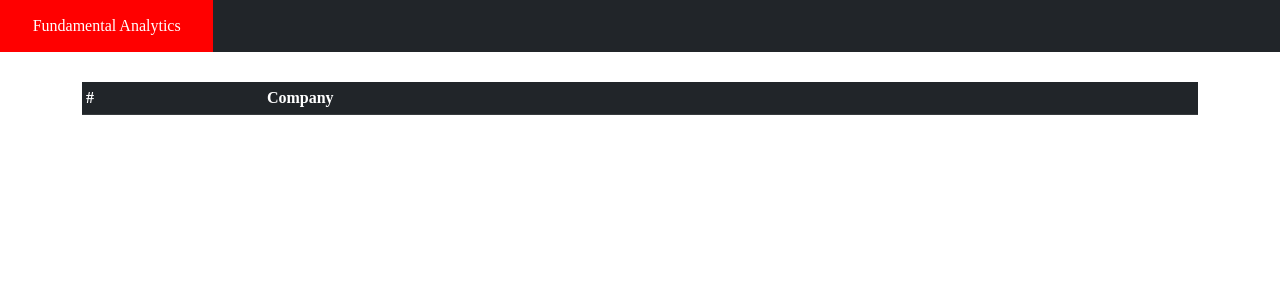
Repository: brendan12372/theSite
Page: http://localhost/
An editor plug-in stored every save of this project. The page is shown before and after the next save, followed by the edit.
The browser window is 1280 px wide. The pictures show the whole page.
The page is served by the project's application, run on Django 4.2 (manage.py). Other server files are loaded and not shown. Queries for data that is not in the repository find no rows.

Above is the page before, as saved 2022-03-16 18:55:52.

### stocks/templates/test3.html
<!DOCTYPE html>
{% load static %}
{% load humanize %}


<html lang="en">

<head>

    <!-- Required meta tags -->
    <meta charset="utf-8">
    <meta name="viewport" content="width=device-width, initial-scale=1, shrink-to-fit=no">

    <!-- Bootstrap CSS -->
    <link href="https://cdn.jsdelivr.net/npm/bootstrap@5.0.2/dist/css/bootstrap.min.css" rel="stylesheet" integrity="sha384-EVSTQN3/azprG1Anm3QDgpJLIm9Nao0Yz1ztcQTwFspd3yD65VohhpuuCOmLASjC" crossorigin="anonymous">

    <link rel="stylesheet" type="text/css" href="{% static 'topTen/style.css' %}">
    <!doctype html>

    <title>Fundamental Analytics</title>

</head>

<body>
    <nav class="navbar navbar-dark sticky-top bg-dark flex-md-nowrap p-0">
        <a class="navbar-brand col-sm-3 col-md-2 mr-0" href={% url 'home' %}>Fundamental Analytics</a>
    </nav>


    <div class="container">



        <table class="table table-dark table-sm">
            <thead>
                <tr>
                    <th scope="col">#</th>
                    <th scope="col">Company</th>
                    <th scope="col">{{sortBy}}</th>
                </tr>
            </thead>
            {% for k,v in data.items %}
            <tr>
                <td>k</td>
                <td>v</td>
            </tr>
            {% endfor %}




        </table>
    </div>

    <script src="https://cdn.jsdelivr.net/npm/bootstrap@5.0.2/dist/js/bootstrap.bundle.min.js" integrity="sha384-MrcW6ZMFYlzcLA8Nl+NtUVF0sA7MsXsP1UyJoMp4YLEuNSfAP+JcXn/tWtIaxVXM" crossorigin="anonymous"></script>

</body>

</html>

### stocks/serializers.py
from .models import Stock,Mysector
from rest_framework import serializers
class StockSerializer(serializers.ModelSerializer):
    class Meta:
        s = Stock('appl')
        f = []
        f = s.get_model_fields()
        fl=[]
        for m in f:
            fl.append(m.name)
        model = Stock
        fields=fl
class SectorSerializer(serializers.ModelSerializer):

    class Meta:

        model = Mysector

        fields=['name','ave']

### stocks/views.py
from rest_framework import status
from rest_framework.decorators import api_view
from rest_framework.response import Response
from stocks.models import Stock,Mysector
from stocks.serializers import StockSerializer, SectorSerializer
from pyFundamental.utils import info
from statistics import mean
from django.shortcuts import render
from django.views.decorators.csrf import csrf_exempt



def stocks_list2(request):
    stocks = Stock.objects.all()
    serializer = StockSerializer(stocks, many=True)
    context={"data":serializer.data}
    template_name="test3.html"

    return render(template_name=template_name,request=request,context=context)

@api_view(['GET', 'POST'])
def stocks_list(request,sector,sortBy,dir):
    """
    List all code snippets, or create a new snippet.
    """
    if request.method == 'GET':
        print(sector)
        if sector !='all':
            stocks = Stock.objects.filter(sector=sector)
        else:
            stocks = Stock.objects.all()
        if dir =='up':
            stocks=stocks.order_by(sortBy)
        if dir=='down':
            stocks=stocks.order_by("-"+sortBy)

        serializer = StockSerializer(stocks, many=True)
        return Response(serializer.data)

    elif request.method == 'POST':
        serializer = StockSerializer(data=request.data)
        if serializer.is_valid():
            serializer.save()
            return Response(serializer.data, status=status.HTTP_201_CREATED)
        return Response(serializer.errors, status=status.HTTP_400_BAD_REQUEST)

@api_view(['GET', 'DELETE'])
def stocks_detail(request, pk):
    """
    Retrieve, update or delete a code snippet.
    """
    try:
        stock = Stock.objects.get(pk=pk)
    except Stock.DoesNotExist:
        return Response(status=status.HTTP_404_NOT_FOUND)

    if request.method == 'GET':
        serializer = StockSerializer(stock)
        return Response(serializer.data)


    elif request.method == 'DELETE':
        stock.delete()
        return Response(status=status.HTTP_204_NO_CONTENT)




@api_view(['GET'])
def sector_list(request,sortBy,dir):
    if request.method == 'GET':
        xxx=Mysector.objects.all()

        for s in Mysector.objects.all():
            s.get_ave(sortBy)
            s.save()

        sec_list=Mysector.objects.all()
        stockL=Stock.objects.all()




        if dir=='up':
            serializer = SectorSerializer(sec_list.order_by('-ave'), many=True)
        if dir=='down':
            serializer = SectorSerializer(sec_list.order_by('ave'), many=True)

        return Response(serializer.data)



def stocks_detail2(request, pk):
    """
    Retrieve, update or delete a code snippet.
    """
    try:
        stock = Stock.objects.get(pk=pk)
    except Stock.DoesNotExist:
        return Response(status=status.HTTP_404_NOT_FOUND)

    if request.method == 'GET':
        serializer = StockSerializer(stock)

        context={"data":serializer.data}
        template_name="sd.html"

        return render(template_name=template_name,request=request,context=context)


    elif request.method == 'DELETE':
        stock.delete()
        return Response(status=status.HTTP_204_NO_CONTENT)

### tutorial/urls.py
from django.urls import path, include
from django.contrib import admin

urlpatterns = [
path('admin/', admin.site.urls),
path('', include('stocks.urls')),
path('topTen/', include('topTen.urls')),

]

### stocks/urls.py
from django.urls import path
from stocks import views
from django.contrib import admin

urlpatterns = [
    # path('stocks/', views.stocks_list),
    path('', views.stocks_list2),
    path('<int:pk>/', views.stocks_detail2),
    path('<str:sector>/<str:sortBy>/<str:dir>', views.stocks_list),
    path('sectors/<str:sortBy>/<str:dir>', views.sector_list),
    path('frontend/<int:pk>/',views.stocks_detail2, name= 'myD' )
]

### topTen/urls.py
from django.urls import path
from topTen import views
urlpatterns = [
    # path('front/', views.front_list),
    # path('front/<int:pk>/', views.stocks_detail),
    path('sector/', views.sector_view,name='sector'),
    path('home/', views.vTwo,name='sort'),
    path('',views.home,name='home'),
    path('<int:pk>/', views.detail.as_view(),name='detail'),


]

### pyFundamental/utils.py
import pickle,re
from io import BytesIO
from statistics import mean
import requests
import yfinance as yf
from PIL import Image

curentList = []

import json, os
import pandas as pd
from random import randrange

def news():
    r = requests.get(f'http://72.14.185.11/all/marketCap/down').json()
    i=randrange(10)
    s=r[i]["symbol"]
    l=r[i]
    # print(r[i].keys())
    r=r[i]["news"]
    print(r)
    x=re.split("title",r)
    l=re.split("'link': '",r)
    y=re.split("publisher",x[1])
    z=re.split("'",y[0])
    return [z[2],s,l]
key_l = ['zip', 'sector', 'fullTimeEmployees', 'longBusinessSummary', 'city', 'phone', 'state', 'country',
         'companyOfficers', 'website', 'maxAge', 'address1', 'industry', 'address2', 'ebitdaMargins', 'profitMargins',
         'grossMargins', 'operatingCashflow', 'revenueGrowth', 'operatingMargins', 'ebitda', 'targetLowPrice',
         'recommendationKey', 'grossProfits', 'freeCashflow', 'targetMedianPrice', 'currentPrice', 'earningsGrowth',
         'currentRatio', 'returnOnAssets', 'numberOfAnalystOpinions', 'targetMeanPrice', 'debtToEquity',
         'returnOnEquity', 'targetHighPrice', 'totalCash', 'totalDebt', 'totalRevenue', 'totalCashPerShare',
         'financialCurrency', 'revenuePerShare', 'quickRatio', 'recommendationMean', 'exchange', 'shortName',
         'longName', 'exchangeTimezoneName', 'exchangeTimezoneShortName', 'isEsgPopulated', 'gmtOffSetMilliseconds',
         'quoteType', 'symbol', 'messageBoardId', 'market', 'annualHoldingsTurnover', 'enterpriseToRevenue',
         'beta3Year', 'enterpriseToEbitda', '52WeekChange', 'morningStarRiskRating', 'forwardEps',
         'revenueQuarterlyGrowth', 'sharesOutstanding', 'fundInceptionDate', 'annualReportExpenseRatio', 'totalAssets',
         'bookValue', 'sharesShort', 'sharesPercentSharesOut', 'fundFamily', 'lastFiscalYearEnd',
         'heldPercentInstitutions', 'netIncomeToCommon', 'trailingEps', 'lastDividendValue', 'SandP52WeekChange',
         'priceToBook', 'heldPercentInsiders', 'nextFiscalYearEnd', 'yield', 'mostRecentQuarter', 'shortRatio',
         'sharesShortPreviousMonthDate', 'floatShares', 'beta', 'enterpriseValue', 'priceHint',
         'threeYearAverageReturn', 'lastSplitDate', 'lastSplitFactor', 'legalType', 'lastDividendDate',
         'morningStarOverallRating', 'earningsQuarterlyGrowth', 'priceToSalesTrailing12Months', 'dateShortInterest',
         'pegRatio', 'ytdReturn', 'forwardPE', 'lastCapGain', 'shortPercentOfFloat', 'sharesShortPriorMonth',
         'impliedSharesOutstanding', 'category', 'fiveYearAverageReturn', 'previousClose', 'regularMarketOpen',
         'twoHundredDayAverage', 'trailingAnnualDividendYield', 'payoutRatio', 'volume24Hr', 'regularMarketDayHigh',
         'navPrice', 'averageDailyVolume10Day', 'regularMarketPreviousClose', 'fiftyDayAverage',
         'trailingAnnualDividendRate', 'open', 'toCurrency', 'averageVolume10days', 'expireDate', 'algorithm',
         'dividendRate', 'exDividendDate', 'circulatingSupply', 'startDate', 'regularMarketDayLow', 'currency',
         'regularMarketVolume', 'lastMarket', 'maxSupply', 'openInterest', 'marketCap', 'volumeAllCurrencies',
         'strikePrice', 'averageVolume', 'dayLow', 'ask', 'askSize', 'volume', 'fiftyTwoWeekHigh', 'fromCurrency',
         'fiveYearAvgDividendYield', 'fiftyTwoWeekLow', 'bid', 'tradeable', 'dividendYield', 'bidSize', 'dayHigh',
         'regularMarketPrice', 'preMarketPrice', 'logo_url']


def makeDir():
    curDir = os.getcwd()
    try:
        os.mkdir('sectorData')
        os.mkdir('data')

    except Exception as e:
        print(e)

    dataDir = os.path.join(curDir, 'data')
    sectorDataDir = os.path.join(curDir, 'SectorData')


def temp(sortBy='yearReturn'):
    dfList = []
    x = []
    y = []
    z = []
    sectorList = []
    sl = []
    for a, b, c in os.walk(dataDir):
        z.append(a)
        sectorList.append(b)
        sl.append(c)
        fileList = []
    fileList = sl

    # print(fileList)
    sectorList = sectorList[0]
    # print(sectorList)
    sector = sectorList[4]  ####change
    fileList = []
    filePathList = []
    for i in range(len(sl) - 1):
        sectorPath = os.path.join(sectorDataDir, sector)
        fileList.append(sl[i + 1])
    myDict = dict(zip(sectorList, fileList))
    x = myDict
    keys = list(x.keys())
    vals = list(x.values())
    # print(keys)
    # print(vals)
    symbol_list = []
    for i in range(len(keys)):
        x = vals

    # print(keys)
    # print(x)
    for i in range(len(keys)):

        key = keys[i]
        # print(key)
        symbols = []
        vl = []
        na = sortBy

        for val in x[i]:
            message = val

            # check if the message ends with fun
            if message.endswith('json'):
                p = os.path.join(dataDir, key, val)

                # JSON file
                # print(p)

                f = open(p)

                # Reading from file
                data = json.loads(f.read())

                # print(f"{data['symbol']} {data['yearReturn']}")
                symbols.append(data['symbol'])
                symbol_list.append(data['symbol'])
                vl.append(data[na])

        data = {
            "symbols": symbols,
            na: vl
        }
        df = pd.DataFrame(data)
        # df['rank']=df.yearReturn.sort()
        dfList.append(df)

        df = df.sort_values(by=na, ascending=False)
        print(df)
        try:
            p = os.path.join(sectorDataDir, sortBy)
            os.mkdir(p)

        except Exception as e:
            # print(f'89 {e}')
            pass
        p = os.path.join(p, f'{key}.csv')
        df.to_csv(p)

    import pickle
    with open('universe.pickel', 'wb') as f:
        pickle.dump(symbol_list, f)
    # with open("universe.txt", 'w') as f:
    #     for item in symbol_list:
    #         f.write("%s\n" % item)


curDir = os.getcwd()
try:
    os.mkdir('data')
except:
    pass
dataDir = os.path.join(curDir, 'data')
sectorDataDir = os.path.join(curDir, 'sectorData')


class Stock:
    def __init__(self, symbol, p='1y'):
        self.path = dataDir
        curentList.append(symbol)
        self.symbol = symbol
        self.ticker = yf.Ticker(symbol)
        self.info = self.ticker.info
        self.sector = self.info['sector']
        try:
            self.sectorDir = os.path.join(dataDir, self.sector)
            os.mkdir(self.sectorDir)
        except:
            pass
        self.filePath = os.path.join(dataDir, self.sector, self.symbol) + '.json'
        self.hist = self.ticker.history(period=p)
        try:
            self.news = self.ticker.news[0]["title"]
            self.link=self.ticker.news[0]["link"]

        except:
            print(f'err:  {ticker.news}')
        try:
            self.yearReturn = round(self.info['52WeekChange'], 2)
        except:
            self.yearReturn=0
        try:
            self.pegRatio = round(self.info['pegRatio'], 2)
        except:
            self.pegRatio=0
        self.shortPercentOfFloat = self.info['shortPercentOfFloat']
        self.marketCap = self.info['marketCap']
        try:
            self.payoutRatio = round(self.info['payoutRatio'], 2)
        except:
            self.payoutRatio=0
        try:
            self.fullTimeEmployees = self.info['fullTimeEmployees']
        except Exception as e:
            print(f'136: {e}')
            self.fullTimeEmployees = 0
        try:
            self.teps = round(self.info['trailingEps'], 2)
            self.longBusinesSummary = self.info['longBusinessSummary']
            self.industry = self.info['industry']
            try:
                self.profitMargins = round(self.info['profitMargins'], 2)
            except:
                self.profitMargins=0
            try:
                self.revenueGrowth = round(self.info['revenueGrowth'], 2)
            except:
                self.revenueGrowth=0
            try:

                self.grossMargins = round(self.info['grossMargins'], 2)
            except:
                self.grossMargins=0
            try:
                self.operatingCashflow = self.info['operatingCashflow']
            except:
                self.operatingCashflow=0
            self.ebitda = self.info['ebitda']
            try:
                self.operatingMargins = round(self.info['operatingMargins'], 2)
            except:
                self.operatingMargins=0


            self.bidSize = self.info['bidSize']
            self.dividendYield = round(self.info['dividendYield'], 2)
            try:

                self.fiftyTwoWeekLow = round(self.info['fiftyTwoWeekLow '], 2)
            except:
                self.fiftyTwoWeekLow = None
            self.operatingMargins = round(self.info['operatingMargins'], 2)
            self.logo = self.info['logo_url']

            self.grossMargins = self.info['grossMargins']
            self.freeCashflow = self.info['freeCashflow']
            self.targetMedianPrice = self.info['targetMedianPrice']
            self.currentPrice = round(self.info['currentPrice'], 2)

            self.fiveYearAvgDividendYield = self.info['fiveYearAvgDividendYield']
            self.fiftyTwoWeekHigh = round(self.info['fiftyTwoWeekHigh'], 2)
            self.averageVolume = self.info['averageVolume']

            try:
                self.trailingPE = round(self.info['trailingPE '], 2)
            except:
                self.trailingPE = None
            try:
                self.averageVolume10days = round(self.info['averageVolume10days'], 2)
            except:
                self.averageVolume10days=0
            try:
                self.trailingAnnualDividendRate = round(self.info['trailingAnnualDividendRate'], 2)
            except:
                self.trailingAnnualDividendRate=0

            self.sharesShortPriorMonth = self.info['sharesShortPriorMonth']
            try:
                self.twoHundredDayAverage = round(self.info['twoHundredDayAverage'], 2)
            except:
                self.twoHundredDayAverage=0
            try:

                self.priceToSalesTrailing12Months = round(self.info['priceToSalesTrailing12Months'], 2)
            except:
                self.priceToSalesTrailing12Months=0
            try:
                self.earningsQuarterlyGrowth = round(self.info['earningsQuarterlyGrowth'], 2)
            except:
                self.earningsQuarterlyGrowth=0
            self.lastSplitFactor = self.info['lastSplitFactor']
            self.enterpriseValue = self.info['enterpriseValue']

            self.dividendRate = round(self.info['dividendRate'], 2)
            self.fiftyDayAverage = round(self.info['fiftyDayAverage'], 2)
            self.mostRecentQuarter = self.info['mostRecentQuarter']
            self.enterpriseValue = self.info['netIncomeToCommon']
            try:
                self.recommendationMean = self.info['recommendationMean']
            except:
                self.recommendationMean=0
            self.totalCashPerShare = round(self.info['totalCashPerShare'], 2)
            self.totalRevenue = self.info['totalRevenue']
            self.enterpriseValue = self.info['revenuePerShare']

            self.sharesOutstanding = self.info['sharesOutstanding']
            self.enterpriseToEbitda = self.info['enterpriseToEbitda']
            self.enterpriseToRevenue = self.info['enterpriseToRevenue']
            self.revenuePerShare = self.info['revenuePerShare']
            try:
                self.feps = self.info['forwardEps']
            except:
                self.feps=0
            try:
                self.ebitdaMargins = self.info['ebitdaMargins']
            except:
                self.ebitdaMargins=0
            try:
                self.fpe = self.info['forwardPE']
            except:
                self.fpe=0
            try:
                self.logo = self.info['logo_url']
            except:
                self.logo='sss'

            self.response = requests.get(self.logo)
            self.img = Image.open(BytesIO(self.response.content))
            try:
                self.ptb = self.info['priceToBook']
            except:
                pass
            try:
                self.roe = self.info['returnOnEquity']
            except:
                pass
            self.currentRatio = self.info['currentRatio']
            self.debtEquityRatio = self.info['debtToEquity']
            self.insiders = self.info['heldPercentInsiders'] * 100
            self.tcps = self.info['totalCashPerShare']
            self.quickRatio = self.info['quickRatio']
            self.shortName = self.info['shortName']

            self.lastDividendValue = self.info['lastDividendValue']
            self.beta = self.info['beta']
            self.threeYearAverageReturn = self.info['threeYearAverageReturn']
            self.sharesPercentSharesOut = self.info['sharesPercentSharesOut'] * 100
        except Exception as e:
            print(f'err: {e}')
            self.mySave()

        self.method_list = [method for method in dir(self) if method.startswith('__') is False]
        self.mySave()

    def mySave(self):
        fp = os.path.join(dataDir, self.sector, self.symbol) + '.pickle'
        with open(fp, 'wb') as f:
            # Pickle the 'data' dictionary using the highest protocol available.
            pickle.dump(self, f, pickle.HIGHEST_PROTOCOL)
        x = json.dumps(self.__dict__, indent=4, sort_keys=True, default=str)
        j = json.loads(x)
        with open(self.filePath, 'w') as f:
            json.dump(j, f)

    def __repr__(self):
        return self.shortName


def updateUniverse():
    with open('universe.pickle', 'rb') as pickle_file:
        content = pickle.load(pickle_file)
    sc = []
    for c in content:
        sc.append(c.strip())
    final = set(sc)
    for s in final:
        print(s)
        x = Stock(s, '1y')


def sortUniverse():
    ml = ['payoutRatio', 'pegRatio', 'fullTimeEmployees', 'yearReturn', 'beta', 'currentRatio', 'debtEquityRatio',
          'ebitdaMargins', 'feps', 'fpe', 'insiders' 'ptb',
          'quickRatio', 'marketCap']
    for m in set(ml):
        try:
            temp(sortBy=m)
        except Exception as e:
            print(e)


def add_stock(symbol):
    #  r = requests.get(f'http://72.14.185.11/all/yearReturn/down').json()
    url = (f'http://72.14.185.11/all/marketCap/up')
    myobj = {"symbol": symbol}
    x = requests.post(url, data=myobj)


def sortStocks(sector, sortBy="marketCap", dir='up'):
    r = requests.get(f'http://72.14.185.11/{sector}/{sortBy}/{dir}').json()
    keys = []
    vals = []
    ranks = []
    pk=[]
    rank = 0
    for i in range(len(r)):
        val = r[i][sortBy]
        if val != None:
            rank += 1
            symbol = r[i]["symbol"]
            keys.append(symbol)
            ranks.append(rank)
            vals.append(val)
            pk.append(r[i]["id"])

    dictionary = dict(zip(keys,vals))
    return [dictionary,pk]


info = {
    "payoutRatio":
        "The payout ratio shows the proportion of earnings a company pays its shareholders in the form of dividends, expressed as a percentage of the company's total earnings. The calculation is derived by dividing the total dividends being paid out by the net income generated."}


sectorList = ['Basic%20Materials', 'Consumer%20Defensive', 'Healthcare', 'Communication%20Services', 'Energy',
              'Industrials',
              'Consumer%20Cyclical', 'Financial%20Services', 'Technology']


ml= ['zip', 'sector', 'fullTimeEmployees', 'longBusinessSummary', 'city', 'phone', 'state', 'country',
         'companyOfficers', 'website', 'maxAge', 'address1', 'industry', 'address2', 'ebitdaMargins', 'profitMargins',
         'grossMargins', 'operatingCashflow', 'revenueGrowth', 'operatingMargins', 'ebitda', 'targetLowPrice',
         'recommendationKey', 'grossProfits', 'freeCashflow', 'targetMedianPrice', 'currentPrice', 'earningsGrowth',
         'currentRatio', 'returnOnAssets', 'numberOfAnalystOpinions', 'targetMeanPrice', 'debtToEquity',
         'returnOnEquity', 'targetHighPrice', 'totalCash', 'totalDebt', 'totalRevenue', 'totalCashPerShare',
         'financialCurrency', 'revenuePerShare', 'quickRatio', 'recommendationMean', 'exchange', 'shortName',
         'longName', 'exchangeTimezoneName', 'exchangeTimezoneShortName', 'isEsgPopulated', 'gmtOffSetMilliseconds',
         'quoteType', 'symbol', 'messageBoardId', 'market', 'annualHoldingsTurnover', 'enterpriseToRevenue',
         'beta3Year', 'enterpriseToEbitda', '52WeekChange', 'morningStarRiskRating', 'forwardEps',
         'revenueQuarterlyGrowth', 'sharesOutstanding', 'fundInceptionDate', 'annualReportExpenseRatio', 'totalAssets',
         'bookValue', 'sharesShort', 'sharesPercentSharesOut', 'fundFamily', 'lastFiscalYearEnd',
         'heldPercentInstitutions', 'netIncomeToCommon', 'trailingEps', 'lastDividendValue', 'SandP52WeekChange',
         'PriceToBook', 'heldPercentInsiders', 'nextFiscalYearEnd', 'yield', 'mostRecentQuarter', 'shortRatio',
         'sharesShortPreviousMonthDate', 'floatShares', 'beta', 'enterpriseValue', 'priceHint',
         'threeYearAverageReturn', 'lastSplitDate', 'lastSplitFactor', 'legalType', 'lastDividendDate',
         'morningStarOverallRating', 'earningsQuarterlyGrowth', 'priceToSalesTrailing12Months', 'dateShortInterest',
         'pegRatio', 'ytdReturn', 'forwardPE', 'lastCapGain', 'shortPercentOfFloat', 'sharesShortPriorMonth',
         'impliedSharesOutstanding', 'category', 'fiveYearAverageReturn', 'previousClose', 'regularMarketOpen',
         'twoHundredDayAverage', 'trailingAnnualDividendYield', 'payoutRatio', 'volume24Hr', 'regularMarketDayHigh',
         'navPrice', 'averageDailyVolume10Day', 'regularMarketPreviousClose', 'fiftyDayAverage',
         'trailingAnnualDividendRate', 'open', 'toCurrency', 'averageVolume10days', 'expireDate', 'algorithm',
         'dividendRate', 'exDividendDate', 'circulatingSupply', 'startDate', 'regularMarketDayLow', 'currency',
         'regularMarketVolume', 'lastMarket', 'maxSupply', 'openInterest', 'marketCap', 'volumeAllCurrencies',
         'strikePrice', 'averageVolume', 'dayLow', 'ask', 'askSize', 'volume', 'fiftyTwoWeekHigh', 'fromCurrency',
         'fiveYearAvgDividendYield', 'fiftyTwoWeekLow', 'bid', 'tradeable', 'dividendYield', 'bidSize',
         'regularMarketPrice', 'preMarketPrice', 'logo_url']

ml2= ['fullTimeEmployees','ebitdaMargins', 'profitMargins',
         'grossMargins', 'operatingCashflow', 'revenueGrowth', 'operatingMargins', 'ebitda',
          'grossProfits', 'freeCashflow',
         'currentRatio',
         'returnOnEquity', 'totalCash', 'totalRevenue', 'totalCashPerShare','revenuePerShare', 'quickRatio', 'enterpriseToRevenue',
        'enterpriseToEbitda','bookValue',"PriceToBook", 'floatShares', 'beta','enterpriseValue','trailingPE',
        'priceToSalesTrailing12Months',
         'pegRatio', 'ytdReturn', 'forwardPE', 'shortPercentOfFloat'
          , 'payoutRatio',
         'dividendRate',  'marketCap']


def sortSectors(sortBy='marketCap', dir='up',normalize='True'):
    r = requests.get(f'http://72.14.185.11/sectors/{sortBy}/{dir}').json()
    print(f'len:{len(r)} r[0]:{r[0]["ave"]}')


    keys = []
    vals = []
    ranks = []
    rank = 0
    for i in range(len(r)):
        val=r[i]["ave"]
        sec=r[i]["name"]
        if val != None:
            rank += 1
            keys.append(sec)
            ranks.append(rank)
            vals.append(val)

    dictionary = dict(zip(keys, vals))
    return dictionary

sectorLL = ['Basic Materials', 'Consumer Defensive', 'Healthcare', 'Communication Services', 'Energy','Industrials','Consumer Cyclical', 'Financial Services', 'Technology']
sectorsDict=dict(zip(sectorList,sectorLL))

### topTen/static/topTen/style.css
 /* Navbar container */
 .theOptions{
  background-color:lightblue;
  text-align: left;
     padding-left: 10%;
}
 article{
margin-top:30px;
 }
 body{
          font-family: "Noto Serif Armenian Light";

 }
.Key{
    background-color: lightblue;
}

.theList{
  background-color:darkgrey;
  text-align: left;
  margin-top: 5px;
    font-family: "Times";
}
p{
         font-family: "Noto Serif Armenian Light";

}
 .navbar {
  overflow: hidden;
  background-color: darkgrey;
  font-family: 'Noto Serif Armenian Light';
     margin-bottom: 30px;
}
 body {
   background-color:'green'
 }

/* Links inside the navbar */
.navbar a {
  float: left;
  font-size: 16px;
  color: white;
  text-align: center;
  padding: 14px 16px;
  text-decoration: none;
}

/* The dropdown container */
.dropdown {
  float: left;
  overflow: hidden;
}

/* Dropdown button */
.dropdown .dropbtn {
  font-size: 16px;
  border: none;
  outline: none;
  color: white;
  padding: 14px 16px;
  background-color: inherit;
  font-family: inherit; /* Important for vertical align on mobile phones */
  margin: 0; /* Important for vertical align on mobile phones */
}

/* Add a red background color to navbar links on hover */
.navbar a:hover, .dropdown:hover .dropbtn {
  background-color: red;
}

/* Dropdown content (hidden by default) */
.dropdown-content {
  display: none;
  position: absolute;
  background-color: #f9f9f9;
  min-width: 160px;
  box-shadow: 0px 8px 16px 0px rgba(0,0,0,0.2);
  z-index: 1;
}

/* Links inside the dropdown */
.dropdown-content a {
  float: none;
  color: black;
  padding: 12px 16px;
  text-decoration: none;
  display: block;
  text-align: left;
}

/* Add a grey background color to dropdown links on hover */
.dropdown-content a:hover {
  background-color: #ddd;
}

/* Show the dropdown menu on hover */
.dropdown:hover .dropdown-content {
  display: block;
}
label {
  ;
}

After the next save:
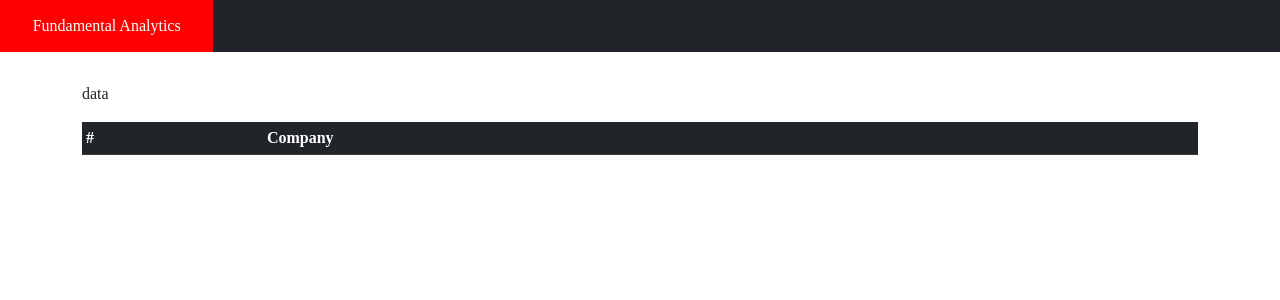
Saved 27 s later.
--- a/stocks/templates/test3.html
+++ b/stocks/templates/test3.html
@@ -28,6 +28,7 @@
 
 
     <div class="container">
+        <p>data</p>
 
 
 
